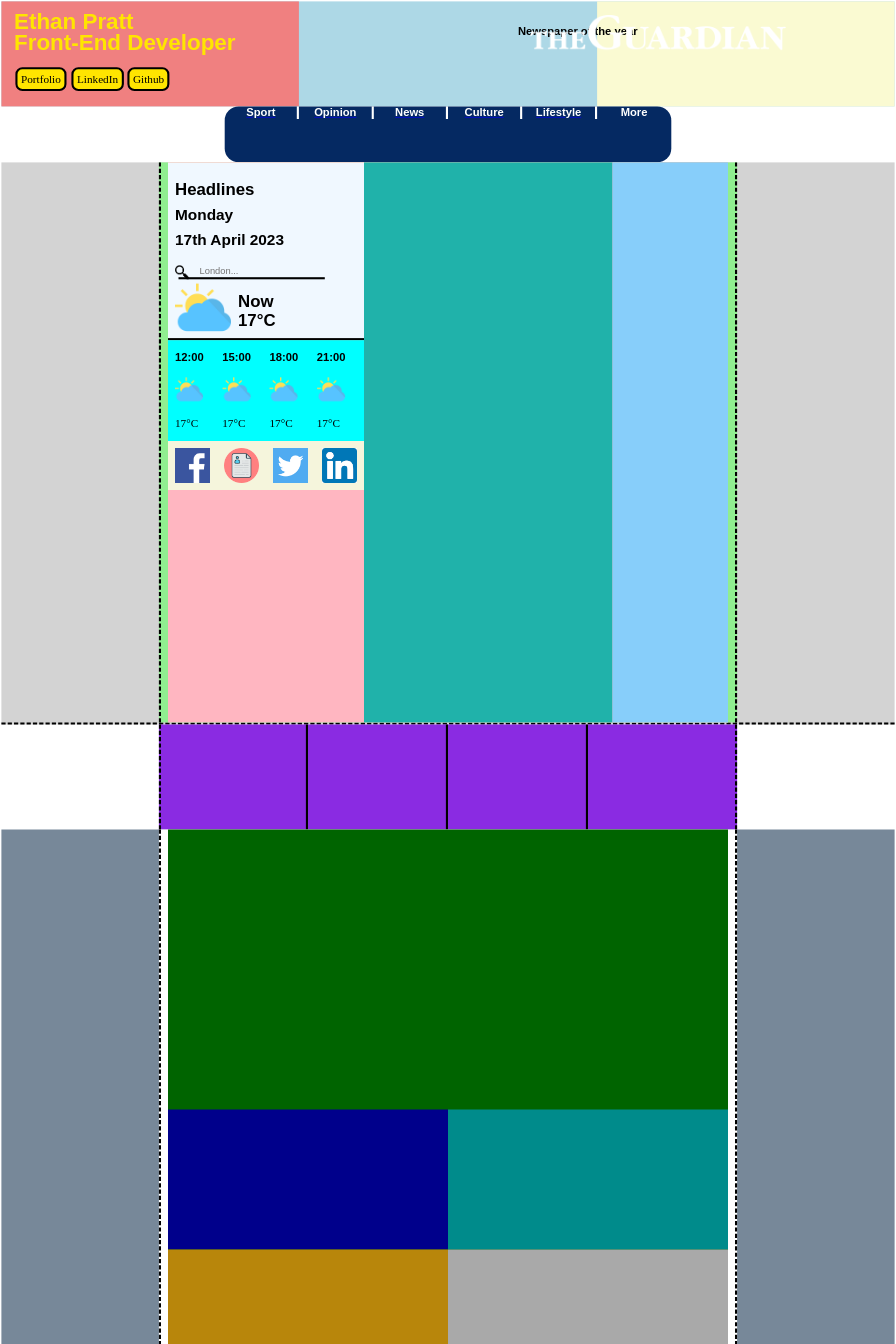
Repository: ghend99/News-Media
Page: index.html
An editor plug-in stored every save of this project. The page is shown before and after a run of saves, followed by the edit.
The browser window is 1280 px wide. The pictures show the part of the page from y = 0 to 1920 px (the page is 4065 px tall), at 70% of full size.
Some web fonts or font styles are not loaded; a fallback is used.

Above is the page before, as saved 2023-05-07 15:42:37.

### index.html
<!DOCTYPE html>
<html lang="en">
  <head>
    <meta charset="UTF-8" />
    <meta http-equiv="X-UA-Compatible" content="IE=edge" />
    <meta name="viewport" content="width=device-width, initial-scale=1.0" />

    <link rel="stylesheet" href="style.css" />

    <title>Document</title>
  </head>
  <body>
    <!-- Header Container -->
    <div id="header-container">
      <div id="header-left-section">
        <p class="header-name webpage-header">Ethan Pratt</p>
        <p class="header-slogan webpage-header">Newspaper of the year</p>
        <p class="header-job webpage-header">Front-End Developer</p>
        <p class="header-social-link header-social-link-portfolio">Portfolio</p>
        <p class="header-social-link header-social-link-linkedin">LinkedIn</p>
        <p class="header-social-link header-social-link-github">Github</p>
      </div>
      <div id="header-middle-section"></div>
      <div id="header-right-section">
        <img class="header-logo" src="./images/guardian-logo.png" />
      </div>
    </div>

    <!-- Navigation Links Container -->
    <div id="navigation-link-container">
      <a href="page2.html">
        <p class="navigation-link webpage-header">Sport</p>
      </a>

      <a href="page2.html">
        <p class="navigation-link webpage-header">Opinion</p>
      </a>

      <a href="page2.html">
        <p class="navigation-link webpage-header">News</p>
      </a>

      <a href="page2.html">
        <p class="navigation-link webpage-header">Culture</p>
      </a>

      <a href="page2.html" id="nav-link">
        <p class="navigation-link webpage-header">Lifestyle</p>
      </a>

      <a>
        <p class="navigation-link webpage-header" id="navigation-link6">More</p>
      </a>
    </div>

    <!-- News Section 1 -->

    <div id="news1-container">
      <div id="news1-wrapper">
        <div id="news1-article-container">
          <div id="news1-weather-container">
            <div id="weather-top-section">
              <p class="weather-container-header webpage-header">Headlines</p>
              <p class="weather-container-day webpage-header">Monday</p>
              <p class="weather-container-date webpage-header">
                17th April 2023
              </p>
              <img src="./images/search-icon-black.png" class="search-icon" />
              <input
                type="text"
                placeholder="London..."
                class="weather-container-location-input"
              />
              <img
                class="weather-location-current-icon"
                src="./images/cloudy.png"
              />
              <p class="weather-location-current-text webpage-header">
                Now <br />17°C
              </p>
            </div>
            <div id="weather-middle-section">
              <div id="weather-middle-section-time1">
                <p class="webpage-header">12:00</p>
                <img src="./images/cloudy.png" class="weather-now-icon" />
                <p>17°C</p>
              </div>
              <div id="weather-middle-section-time2">
                <p class="webpage-header">15:00</p>
                <img src="./images/cloudy.png" class="weather-now-icon" />
                <p>17°C</p>
              </div>
              <div id="weather-middle-section-time3">
                <p class="webpage-header">18:00</p>
                <img src="./images/cloudy.png" class="weather-now-icon" />
                <p>17°C</p>
              </div>
              <div id="weather-middle-section-time4">
                <p class="webpage-header">21:00</p>
                <img src="./images/cloudy.png" class="weather-now-icon" />
                <p>17°C</p>
              </div>
            </div>
            <div id="weather-bottom-section">
              <img
                class="weather-soiclas-link-icon"
                src="./images/facebook.png"
              />
              <img
                class="weather-soiclas-link-icon"
                src="./images/resume-icon.png"
              />
              <img
                class="weather-soiclas-link-icon"
                src="./images/twitter.png"
              />
              <img
                class="weather-soiclas-link-icon"
                src="./images/linekdin.png"
              />
            </div>
          </div>
          <div id="news1-article1-container"></div>
          <div id="news1-article2-container"></div>
        </div>
      </div>
    </div>

    <!-- News Headers -->
    <div id="news-headers">
      <div class="news-header"></div>
      <div class="news-header"></div>
      <div class="news-header"></div>
      <div class="news-header" id="news-header4"></div>
    </div>

    <!-- News Section 2 -->
    <div id="news2-container">
      <div id="news2-wrapper">
        <div id="news2-article-container">
          <div id="news2-article1"></div>
          <div id="news2-article2">
            <div id="news2-article2-article1"></div>
            <div id="news2-article2-article2"></div>
            <div id="news2-article2-article3"></div>
            <div id="news2-article2-article4"></div>
          </div>
        </div>
      </div>
    </div>

    <!-- News Section 3 -->
    <div id="news3-container">
      <div id="news3-wrapper">
        <div id="news3-article-container">
          <div id="news3-article1-container"></div>
          <div id="news3-article2-container"></div>
        </div>
      </div>
    </div>

    <!-- News Section 4 -->
    <div id="news4-container">
      <div id="news4-wrapper">
        <div id="news4-article-container">
          <div id="news4-article1-container-header"></div>
          <div id="news4-article2-container">
            <div id="news4-article2-article1"></div>
            <div id="news4-article2-article2"></div>
            <div id="news4-article2-article3"></div>
            <div id="news4-article2-article4"></div>
          </div>
        </div>
      </div>
    </div>

    <!-- News Section 5 -->
    <div id="news5-container">
      <div id="news5-wrapper">
        <div id="news5-article-container">
          <div id="news5-article1-container"></div>
          <div id="news5-article2-container"></div>
        </div>
      </div>
    </div>

    <!-- Footer -->
    <div id="footer-container">
      <div id="footer-wrapper">
        <div id="footer-content-container">
          <div id="footer-navigation-link-container">
            <a href="page2.html">
              <p class="navigation-link webpage-header"></p>
            </a>

            <a href="page2.html">
              <p class="navigation-link webpage-header"></p>
            </a>

            <a href="page2.html">
              <p class="navigation-link webpage-header"></p>
            </a>

            <a href="page2.html">
              <p class="navigation-link webpage-header"></p>
            </a>

            <a href="page2.html" id="nav-link">
              <p class="navigation-link webpage-header"></p>
            </a>

            <a>
              <p
                class="navigation-link webpage-header"
                id="navigation-link6"
              ></p>
            </a>
          </div>
          <div id="footer-section2">
            <div id="footer-section2-section1"></div>
            <div id="footer-section2-section2"></div>
            <div id="footer-section2-section3"></div>
            <div id="footer-section2-section4"></div>
            <div id="footer-section2-section5"></div>
          </div>
        </div>
      </div>
    </div>
  </body>
</html>

### style.css
@import url("https://fonts.googleapis.com/css2?family=Signika+Negative:wght@600&display=swap");

body {
  margin: 2px;
}

.webpage-header {
  font-family: "Signika Negative", sans-serif;
  font-weight: bold;
}

#header-container {
  display: grid;
  grid-template-columns: 1fr 1fr 1fr;
  grid-template-rows: 1fr;
  width: 100%;
  min-width: 310px;
  max-height: 300px;
  min-height: 150px;
  background-color: lightblue;
}

#header-left-section {
  background-color: lightcoral;
}

.header-name {
  position: absolute;
  color: #ffe500;
  font-size: 32px;
  left: 20px;
  top: -20px;
}

.header-job {
  position: absolute;
  color: #ffe500;
  font-size: 32px;
  left: 20px;
  top: 10px;
}

.header-social-link {
  position: absolute;
  border: solid;
  padding: 5px;
  background-color: #ffe500;
  width: fit-content;
  border-radius: 10px;
}

.header-social-link-portfolio {
  top: 80px;
  margin-left: 20px;
}

.header-social-link-linkedin {
  top: 80px;
  margin-left: 100px;
}

.header-social-link-github {
  top: 80px;
  margin-left: 180px;
}

#header-right-section {
  background-color: lightgoldenrodyellow;
}

.header-logo {
  position: absolute;
  width: 400px;
  margin-left: 50px;
  right: 140px;
  top: 20px;
}

.header-slogan {
  position: absolute;
  width: 400px;
  margin-left: 50px;
  right: 140px;
  top: 20px;
}

#navigation-link-container {
  position: relative;
  display: grid;
  grid-template-columns: 1fr 1fr 1fr 1fr 1fr 1fr;
  grid-template-rows: 1fr;
  max-height: 200px;
  min-height: 80px;
  width: 50%;
  min-width: 310px;
  left: 50%;
  transform: translate(-50%);
  background-color: #052962;
  border-radius: 20px;
  text-align: center;
}

.navigation-link {
  border-right: solid;
  border-color: white;
  margin-top: auto;
  margin-bottom: auto;
  color: white;
}

#navigation-link6 {
  border-right: none;
}

#news1-container {
  /* width: 100%;
  min-width: 304px; */
  max-height: 1000px;
  min-height: 800px;
  background-color: lightgray;
  border-bottom: dashed;
}

#news1-wrapper {
  position: relative;
  left: 50%;
  transform: translate(-50%);
  background-color: lightgreen;
  max-width: 50%;
  min-width: 800px;
  max-height: 900px;
  min-height: 800px;
  border-left: dashed;
  border-right: dashed;
  padding-left: 10px;
  padding-right: 10px;
}

#news1-article-container {
  position: relative;
  display: grid;
  grid-template-columns: 0.5fr 1.5fr 0.7fr;
  grid-template-rows: 1fr;
  width: 100%;
  min-width: 304px;
  max-height: 900px;
  min-height: 800px;
  background-color: lightpink;
}

#news1-weather-container {
  display: grid;
  grid-template-columns: 1fr;
  grid-template-rows: 0.7fr 1fr 1fr;
  background-color: lightsalmon;
  height: 450px;
}

#weather-top-section {
  background-color: aliceblue;
  border-bottom: solid;
  padding-left: 10px;
}

.weather-container-header {
  font-size: 24px;
  margin-bottom: 0;
}

.weather-container-day {
  font-size: 22px;
  margin-top: 10px;
  margin-bottom: 0;
}

.weather-container-date {
  font-size: 22px;
  margin-top: 10px;
}

.search-icon {
  position: absolute;
  top: 147px;
  width: 20px;
  left: 10px;
}

.weather-container-location-input {
  text-decoration: none;
  border: none;
  border-bottom: solid;
  background-color: transparent;
  padding-left: 30px;
  margin-left: 5px;
  margin-right: 5px;
  max-width: 200px;
  min-width: 50px;
}

.weather-location-current-icon {
  width: 80px;
}

.weather-location-current-text {
  position: absolute;
  font-size: 24px;
  top: 160px;
  left: 100px;
}
#weather-middle-section {
  background-color: aqua;
  display: grid;
  grid-template-columns: 1fr 1fr 1fr 1fr;
  grid-template-rows: 1fr;
  padding-left: 10px;
}

.weather-now-icon {
  width: 40px;
}

#weather-bottom-section {
  background-color: beige;
  display: grid;
  grid-template-columns: 1fr 1fr 1fr 1fr;
  grid-template-rows: 1fr;
}

.weather-soiclas-link-icon {
  width: 50px;
  padding: 10px;
}

#news1-article1-container {
  background-color: lightseagreen;
}

#news1-article2-container {
  background-color: lightskyblue;
}

#news-headers {
  position: relative;
  display: grid;
  grid-template-columns: 1fr 1fr 1fr 1fr;
  grid-template-rows: 1fr;
  max-height: 250px;
  min-height: 150px;
  left: 50%;
  transform: translate(-50%);
  width: 50%;
  min-width: 800px;
  background-color: blueviolet;
  border-left: dashed;
  border-right: dashed;
  padding-left: 10px;
  padding-right: 10px;
}

.news-header {
  border-right: solid;
}

#news-header4 {
  border-right: none;
}

#news2-container {
  /* width: 100%;
  min-width: 304px; */
  max-height: 800px;
  min-height: 620px;
  background-color: lightslategray;
  border-bottom: dashed;
}

#news2-wrapper {
  position: relative;
  left: 50%;
  transform: translate(-50%);
  background-color: white;
  max-width: 50%;
  min-width: 800px;
  max-height: 800px;
  min-height: 605px;
  border-left: dashed;
  border-right: dashed;
  padding-left: 10px;
  padding-right: 10px;
}

#news2-article-container {
  position: relative;
  display: grid;
  grid-template-columns: 1fr 1fr;
  grid-template-rows: 1fr;
  width: 100%;
  min-width: 304px;
  max-height: 900px;
  min-height: 600px;
  background-color: darkgreen;
}

#news2-article1 {
  min-height: 400px;
}

#news2-article2 {
  display: grid;
  grid-template-columns: 1fr 1fr;
  grid-template-rows: 1fr 1fr;
}

#news2-article2-article1 {
  background-color: darkblue;
}

#news2-article2-article2 {
  background-color: darkcyan;
}

#news2-article2-article3 {
  background-color: darkgoldenrod;
}

#news2-article2-article4 {
  background-color: darkgray;
}

#news3-container {
  max-height: 800px;
  min-height: 620px;
  background-color: darkred;
  border-bottom: dashed;
}

#news3-wrapper {
  position: relative;
  left: 50%;
  transform: translate(-50%);
  background-color: white;
  max-width: 50%;
  min-width: 800px;
  max-height: 800px;
  min-height: 605px;
  border-left: dashed;
  border-right: dashed;
  padding-left: 10px;
  padding-right: 10px;
}

#news3-article-container {
  display: grid;
  grid-template-columns: 0.6fr 1fr;
  grid-template-rows: 1fr;
  background-color: darkmagenta;
  width: 100%;
  min-width: 304px;
  max-height: 900px;
  min-height: 600px;
}

#news3-article1-container {
  background-color: darkslategray;
}

#news3-article2-container {
  background-color: darksalmon;
}

#news4-container {
  max-height: 550px;
  min-height: 400px;
  background-color: darkviolet;
  border-bottom: dashed;
}

#news4-wrapper {
  position: relative;
  left: 50%;
  transform: translate(-50%);
  background-color: white;
  max-width: 50%;
  min-width: 800px;
  max-height: 800px;
  min-height: 400px;
  border-left: dashed;
  border-right: dashed;
  padding-left: 10px;
  padding-right: 10px;
}

#news4-article-container {
  display: grid;
  grid-template-columns: 0.4fr 1fr;
  grid-template-rows: 1fr;
  width: 100%;
  min-width: 304px;
  max-height: 900px;
  min-height: 500px;
  background-color: darkolivegreen;
}

#news4-article2-container {
  display: grid;
  grid-template-columns: 1fr 1fr;
  grid-template-rows: 1fr 1fr;
}

#news4-article2-article1 {
  background-color: lightblue;
}

#news4-article2-article2 {
  background-color: lightcoral;
}

#news4-article2-article3 {
  background-color: lightgoldenrodyellow;
}

#news4-article2-article4 {
  background-color: lightgray;
}

#news5-container {
  max-height: 340px;
  min-height: 300px;
  background-color: darkviolet;
  border-bottom: dashed;
}

#news5-wrapper {
  position: relative;
  left: 50%;
  transform: translate(-50%);
  background-color: white;
  max-width: 50%;
  min-width: 800px;
  max-height: 800px;
  min-height: 300px;
  border-left: dashed;
  border-right: dashed;
  padding-left: 10px;
  padding-right: 10px;
}

#news5-article-container {
  display: grid;
  grid-template-columns: 1.8fr 1fr;
  grid-template-rows: 1fr;
  width: 100%;
  min-width: 304px;
  max-height: 900px;
  min-height: 340px;
}

#news5-article1-container {
  background-color: lightgray;
}

#news5-article2-container {
  background-color: darkmagenta;
}

#footer-container {
  max-height: 700px;
  min-height: 500px;
  background-color: #052962;
  border-bottom: dashed;
}

#footer-wrapper {
  position: relative;
  left: 50%;
  transform: translate(-50%);
  background-color: darkgreen;
  max-width: 50%;
  min-width: 800px;
  max-height: 800px;
  min-height: 500px;
  border-left: solid;
  border-right: solid;
  border-bottom: solid;
  padding-left: 10px;
  padding-right: 10px;
}

#footer-content-container {
  display: grid;
  grid-template-columns: 1fr;
  grid-template-rows: 0.2fr 1fr;
  background-color: darkmagenta;
  width: 100%;
  min-width: 304px;
  max-height: 900px;
  min-height: 600px;
}

#footer-navigation-link-container {
  display: grid;
  grid-template-columns: 1fr 1fr 1fr 1fr 1fr 1fr;
  background-color: lightsteelblue;
}

#footer-section2 {
  display: grid;
  grid-template-columns: 1.2fr 0.6fr 0.6fr 0.6fr 1fr;
  grid-template-rows: 1fr;
}

#footer-section2-section1 {
  background-color: bisque;
}

#footer-section2-section2 {
  background-color: lightcoral;
}

#footer-section2-section3 {
  background-color: lightsalmon;
}

#footer-section2-section4 {
  background-color: lightseagreen;
}

#footer-section2-section5 {
  background-color: darkorange;
}

@media screen and (min-width: 0) and (max-width: 1467px) {
  #news2-article-container {
    grid-template-columns: 1fr;
    grid-template-rows: 1fr 1fr;
    min-height: 700px;
  }
}

@media screen and (min-width: 0) and (max-width: 819px) {
  #news1-container {
    min-height: 1050px;
    border-bottom: dashed;
  }

  #news1-wrapper {
    min-width: 400px;
    min-height: 1040px;
  }

  #news1-article-container {
    display: block;
  }

  #news1-weather-container {
    display: inline-block;
    min-width: 100%;
    height: 380px;
  }

  .search-icon {
    /* display: none; */
    position: absolute;
    left: 255px;
    top: 47px;
  }

  .weather-container-location-input {
    /* display: none; */
    position: absolute;
    right: 30px;
    top: 50px;
    width: 80px;
  }

  .weather-location-current-icon {
    position: absolute;
    right: 110px;
    top: 80px;
    width: 60px;
    /* display: none; */
  }

  .weather-location-current-text {
    /* display: none; */
    position: absolute;
    left: 320px;
    top: 60px;
    width: 40px;
  }

  #weather-middle-section {
    height: 150px;
  }

  #news1-article1-container {
    grid-template-columns: 1fr;
    grid-template-rows: 1fr 1fr;
    min-width: 100%;
    min-height: 400px;
  }

  #news1-article2-container {
    display: inline-block;
    min-width: 100%;
    min-height: 250px;
  }

  #news-headers {
    grid-template-columns: 1fr 1fr 1fr;
    min-width: 400px;
    /* display: none; */
  }

  #news2-wrapper {
    min-width: 400px;
    /* display: none; */
  }

  #news3-wrapper {
    min-width: 400px;
  }

  #news3-article-container {
    display: grid;
    grid-template-columns: 1fr;
    grid-template-rows: 1fr 1fr;
  }

  #news4-wrapper {
    min-width: 400px;
  }

  #news4-article-container {
    grid-template-columns: 1fr;
    grid-template-rows: 0.2fr 1fr;
  }

  #news5-wrapper {
    min-width: 400px;
    min-height: 400px;
  }

  #news5-container {
    min-height: 400px;
  }

  #news5-article-container {
    grid-template-columns: 1fr;
    grid-template-rows: 1fr 1fr;
    min-height: 400px;
  }

  #footer-wrapper {
    min-width: 400px;
  }

  #footer-section2 {
    grid-template-columns: 1fr 1fr 1fr;
    grid-template-rows: 1fr;
  }
}

@media screen and (min-width: 0) and (max-width: 425px) {
  #header-container {
    grid-template-columns: 1fr 1fr;
  }

  .search-icon {
    left: 165px;
  }

  .weather-location-current-icon {
    left: 180px;
  }

  .weather-location-current-text {
    left: 250px;
  }

  #news1-wrapper {
    min-width: 310px;
    border: none;
    padding: 0;
  }

  #news-headers {
    grid-template-columns: 1fr 1fr;
    min-width: 310px;
    border: none;
    padding: 0;
  }

  .navigation-link {
    font-size: 12px;
  }

  #news2-wrapper {
    min-width: 310px;
    border: none;
    padding: 0;
  }

  #news3-wrapper {
    min-width: 310px;
    border: none;
    padding: 0;
  }

  #news4-wrapper {
    min-width: 310px;
    border: none;
    padding: 0;
  }

  #news5-wrapper {
    min-width: 310px;
    border: none;
    padding: 0;
  }

  #footer-wrapper {
    min-width: 310px;
    border: none;
    padding: 0;
  }
}

After the next 3 saves:
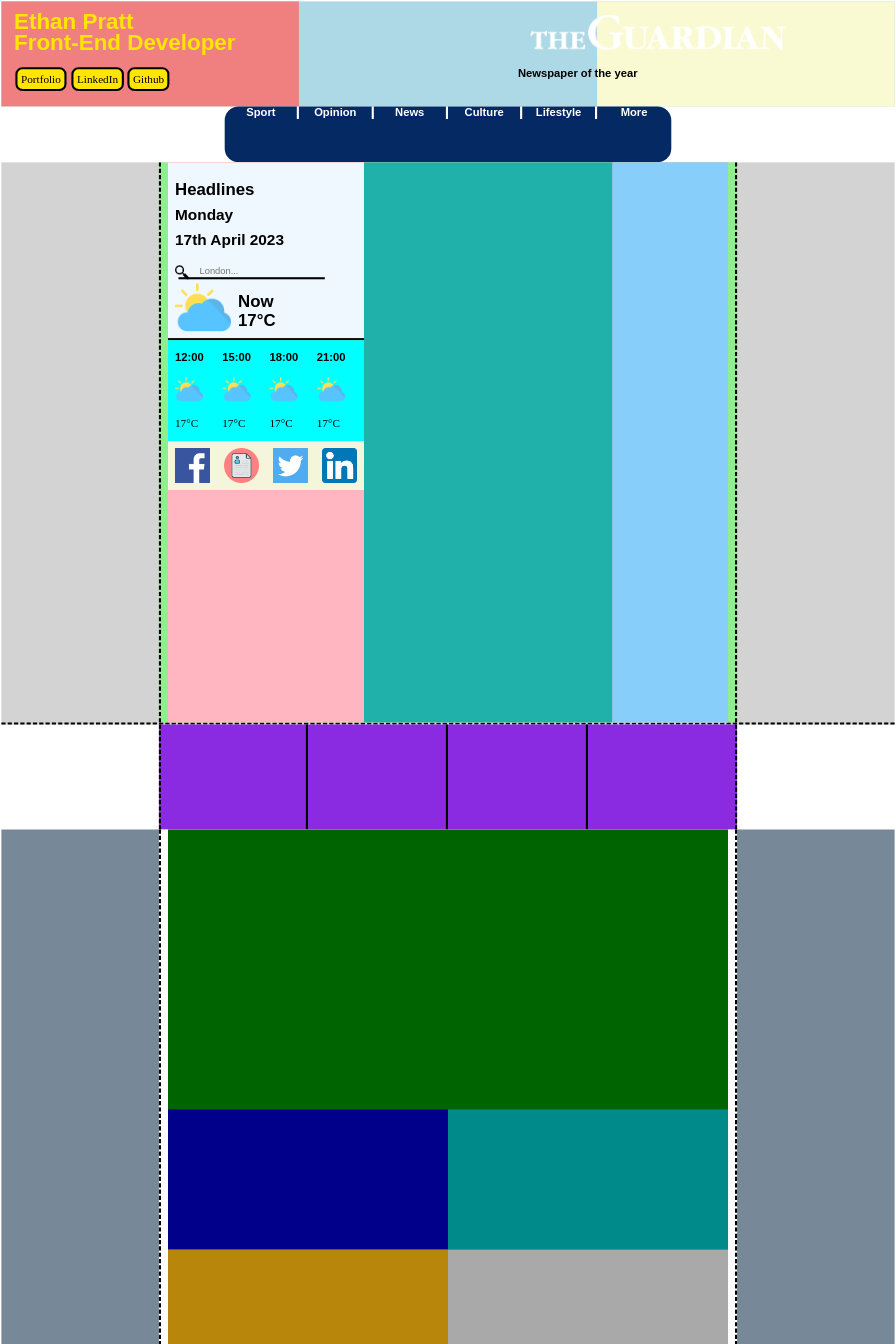
The 3 saves are shown as one change because they came seconds apart.
The last was saved 10 s later.
--- a/style.css
+++ b/style.css
@@ -81,7 +81,7 @@
   width: 400px;
   margin-left: 50px;
   right: 140px;
-  top: 20px;
+  top: 80px;
 }
 
 #navigation-link-container {
